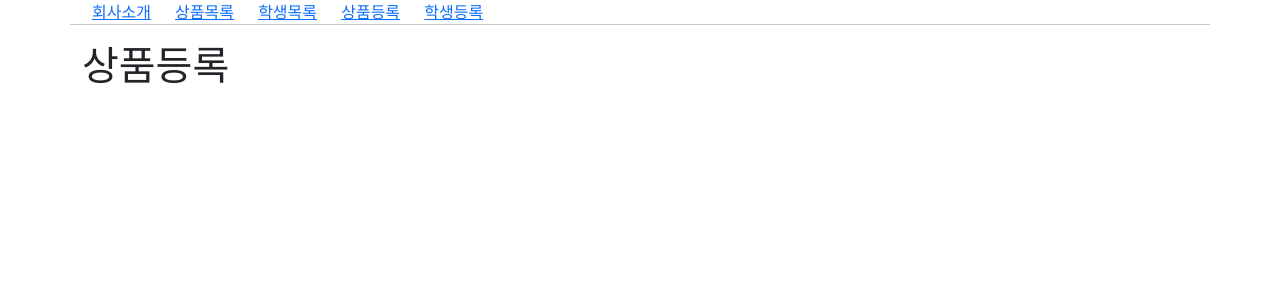
Repository: gwangso/web
Page: http://localhost/ex01/pro/insert
An editor plug-in stored every save of this project. The page is shown before and after the next save, followed by the edit.
The browser window is 1280 px wide. The pictures show the whole page.
The page is served by Tomcat 9.

Above is the page before, as saved 2023-07-24 05:52:32.

After the next save:
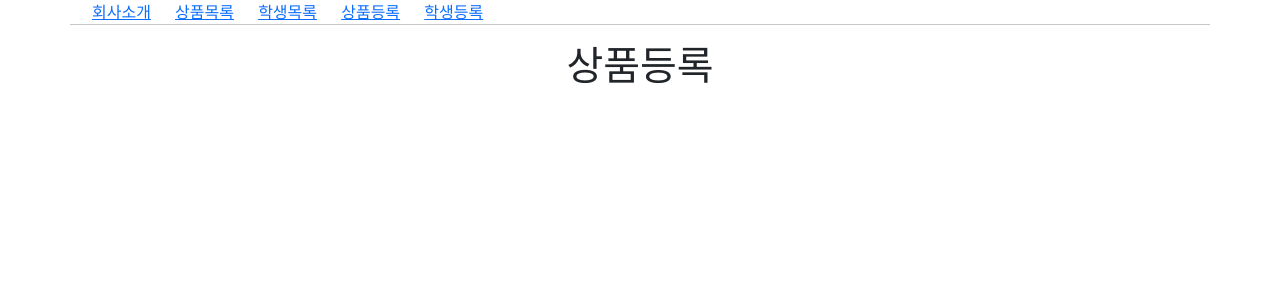
Saved 14 s later.
--- a/ex01/src/main/webapp/pro/insert.jsp
+++ b/ex01/src/main/webapp/pro/insert.jsp
@@ -4,6 +4,6 @@
 
 <div class="row">
 	<div class="col">
-		<h1>상품등록</h1>
+		<h1 class="text-center">상품등록</h1>
 	</div>
 </div>
